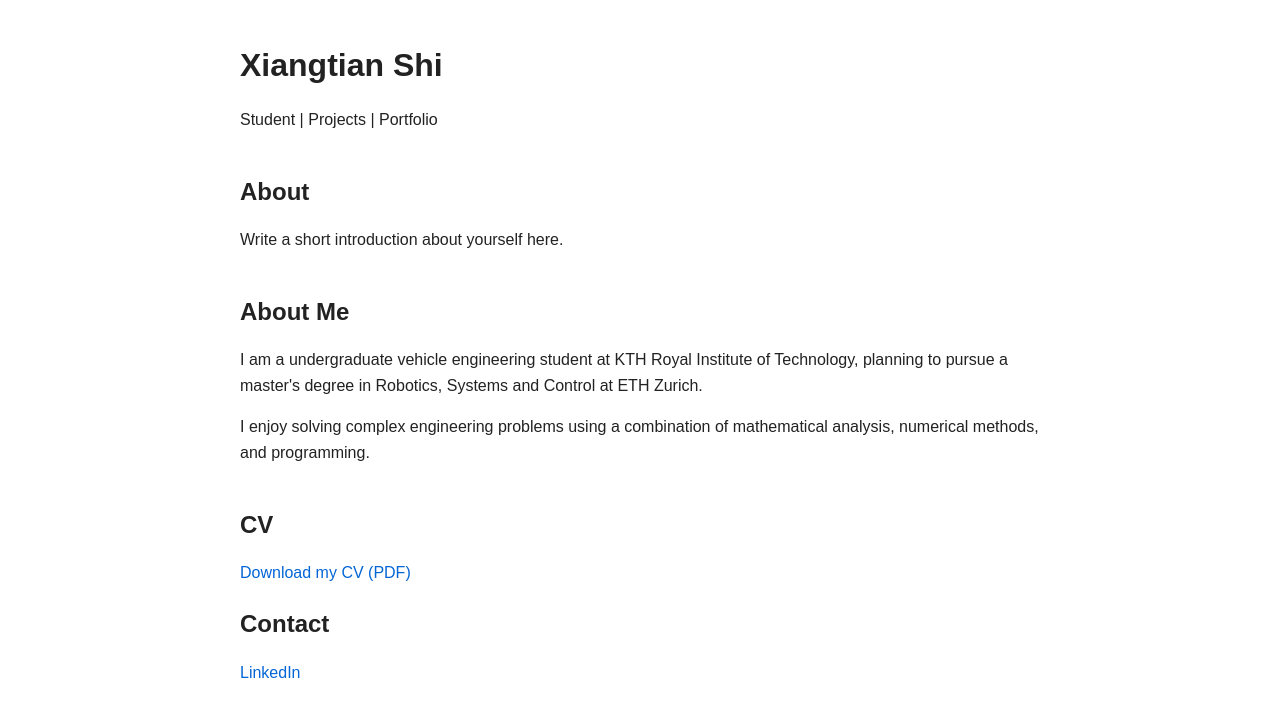
Repository: xitisch/xitisch.github.io
Page: index.html
An editor plug-in stored every save of this project. The page is shown before and after the next save, followed by the edit.
The browser window is 1280 px wide. The pictures show the whole page.

Above is the page before, as saved 2026-04-21 22:08:10.

### index.html
<!doctype html>
<html lang="en">
<head>
  <meta charset="UTF-8">
  <meta name="viewport" content="width=device-width, initial-scale=1.0">
  <title>Your Name</title>
  <style>
    body {
      font-family: Arial, sans-serif;
      max-width: 800px;
      margin: 40px auto;
      padding: 0 20px;
      line-height: 1.6;
      color: #222;
    }
    h1, h2 { margin-bottom: 0.3em; }
    .section { margin-top: 40px; }
    a { color: #0366d6; text-decoration: none; }
    a:hover { text-decoration: underline; }
  </style>
</head>
<body>
  <h1>Xiangtian Shi</h1>
  <p>Student | Projects | Portfolio</p>

  <div class="section">
    <h2>About</h2>
    <p>Write a short introduction about yourself here.</p>
  </div>

  <div class="section">
    <h2>About Me</h2>
    <p>
      I am a undergraduate vehicle engineering student at KTH Royal Institute of Technology,
      planning to pursue a master's degree in Robotics, Systems and Control at ETH Zurich.
    <p>
    I enjoy solving complex engineering problems using a combination of
    mathematical analysis, numerical methods, and programming.
    </p>
  </div>
  <div class="section">
    <h2>CV</h2>
    <p>
      <a href="XiangtianShi_CV.pdf" target="_blank">Download my CV (PDF)</a>
    </p>
    <h2>Contact</h2>
    <p>
      <a href="https://www.linkedin.com/in/xiangtian-shi-5ab47428b/">LinkedIn</a>
    </p>
  </div>
</body>
</html>

After the next save:
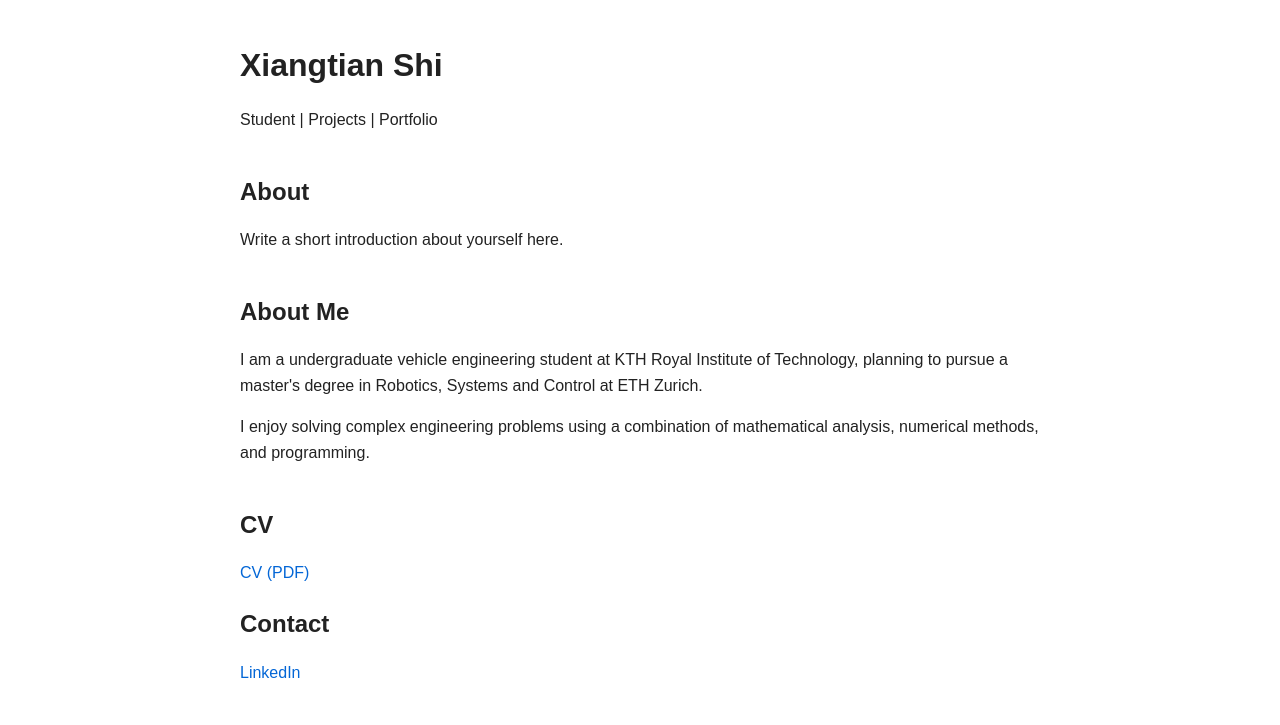
Saved 10 s later.
--- a/index.html
+++ b/index.html
@@ -41,7 +41,7 @@
   <div class="section">
     <h2>CV</h2>
     <p>
-      <a href="XiangtianShi_CV.pdf" target="_blank">Download my CV (PDF)</a>
+      <a href="XiangtianShi_CV.pdf" target="_blank">CV (PDF)</a>
     </p>
     <h2>Contact</h2>
     <p>
